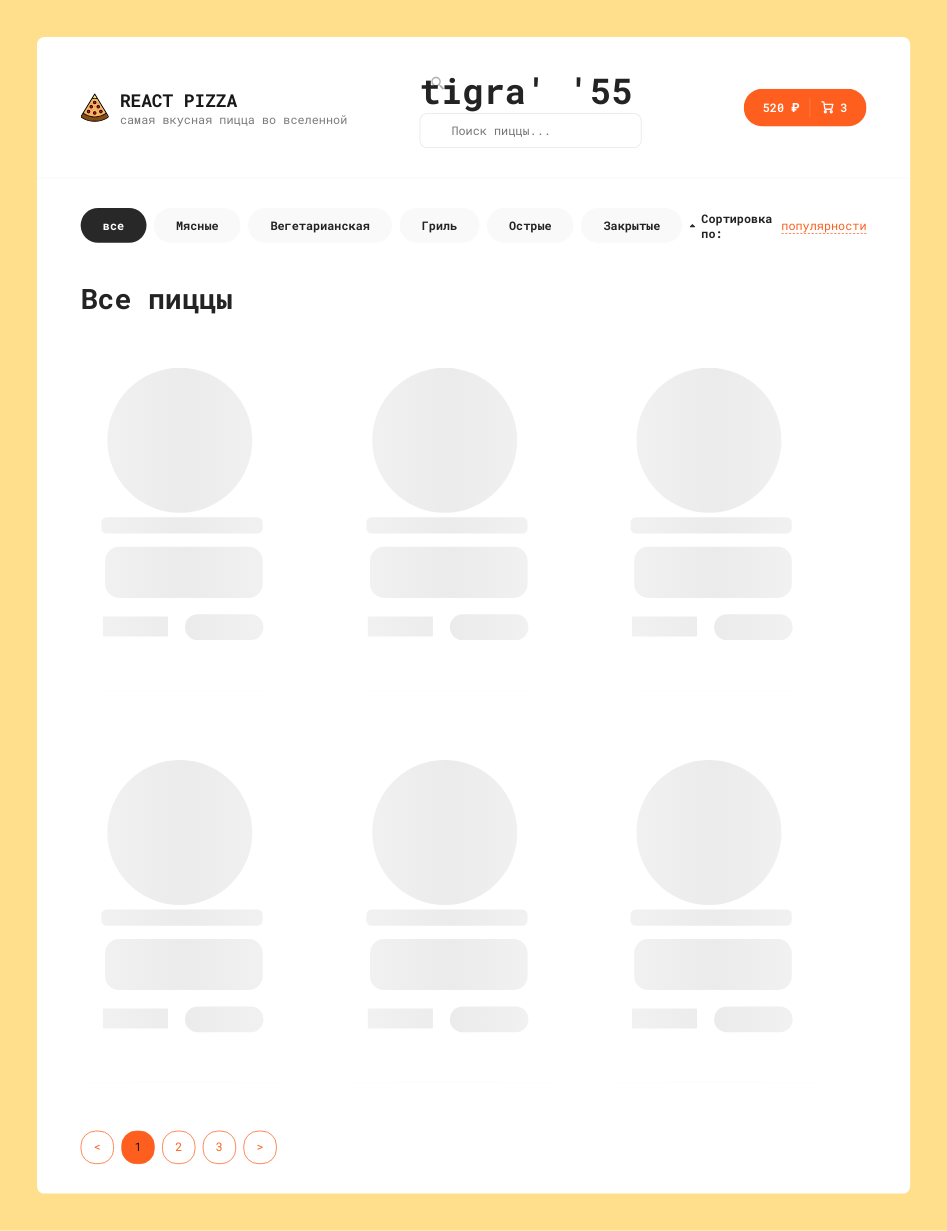
Repository: TI-IT/react-pizza2
Page: /
An editor plug-in stored every save of this project. The page is shown before and after the next save, followed by the edit.
The browser window is 1280 px wide. The pictures show the whole page, at 74% of full size.
The page's requests for data from a server got no answer. The project was rebuilt for these pictures with package versions that can differ from the ones it lists, and the page was loaded fresh each time. No one was signed in, and anything a server would have sent is missing. Also part of the build but not shown: src/components/PizzaBlock.jsx, src/pages/Cart.jsx, src/components/NotFoundBlock/NotFounBlock.module.scss, src/components/NotFoundBlock/index.jsx, src/pages/NotFound.tsx.

Above is the page before, as saved 2022-10-16 09:31:38.

### public/index.html
<!DOCTYPE html>
<html lang="en">
  <head>
    <meta charset="utf-8" />
    <link rel="icon" href="%PUBLIC_URL%/favicon.ico" />
    <link rel="preconnect" href="https://fonts.googleapis.com" />
    <link rel="preconnect" href="https://fonts.gstatic.com" crossorigin />
    <link
      href="https://fonts.googleapis.com/css2?family=Roboto+Mono:wght@300;400;500;600;700&display=swap"
      rel="stylesheet"
    />
    <meta name="viewport" content="width=device-width, initial-scale=1" />
    <meta name="theme-color" content="#000000" />
    <meta
      name="description"
      content="Web site created using create-react-app"
    />
    <link rel="apple-touch-icon" href="%PUBLIC_URL%/logo192.png" />
    <!--
      manifest.json provides metadata used when your web app is installed on a
      user's mobile device or desktop. See https://developers.google.com/web/fundamentals/web-app-manifest/
    -->
    <link rel="manifest" href="%PUBLIC_URL%/manifest.json" />
    <!--
      Notice the use of %PUBLIC_URL% in the tags above.
      It will be replaced with the URL of the `public` folder during the build.
      Only files inside the `public` folder can be referenced from the HTML.

      Unlike "/favicon.ico" or "favicon.ico", "%PUBLIC_URL%/favicon.ico" will
      work correctly both with client-side routing and a non-root public URL.
      Learn how to configure a non-root public URL by running `npm run build`.
    -->
    <title>React App</title>
  </head>
  <body>
    <noscript>You need to enable JavaScript to run this app.</noscript>
    <div id="root"></div>
    <!--
      This HTML file is a template.
      If you open it directly in the browser, you will see an empty page.

      You can add webfonts, meta tags, or analytics to this file.
      The build step will place the bundled scripts into the <body> tag.

      To begin the development, run `npm start` or `yarn start`.
      To create a production bundle, use `npm run build` or `yarn build`.
    -->
  </body>
</html>

### src/components/Header.jsx
import { Link } from 'react-router-dom'
import logoSVG from '../assets/img/pizza-logo.svg'
import Search from './Search'

function Header() {
  return (
    <div className="header">
      <div className="container">
        <Link to="/">
          <div className="header__logo">
            <img width="38" src={logoSVG} alt="Pizza logo" />
            <div>
              <h1>React Pizza</h1>
              <p>самая вкусная пицца во вселенной</p>
            </div>
          </div>
        </Link>
        <Search />

        <div className="header__cart">
          <Link to="/cart" className="button button--cart">
            <span>520 ₽</span>
            <div className="button__delimiter"></div>
            <svg
              width="18"
              height="18"
              viewBox="0 0 18 18"
              fill="none"
              xmlns="http://www.w3.org/2000/svg">
              <path
                d="M6.33333 16.3333C7.06971 16.3333 7.66667 15.7364 7.66667 15C7.66667 14.2636 7.06971 13.6667 6.33333 13.6667C5.59695 13.6667 5 14.2636 5 15C5 15.7364 5.59695 16.3333 6.33333 16.3333Z"
                stroke="white"
                strokeWidth="1.8"
                strokeLinecap="round"
                strokeLinejoin="round"
              />
              <path
                d="M14.3333 16.3333C15.0697 16.3333 15.6667 15.7364 15.6667 15C15.6667 14.2636 15.0697 13.6667 14.3333 13.6667C13.597 13.6667 13 14.2636 13 15C13 15.7364 13.597 16.3333 14.3333 16.3333Z"
                stroke="white"
                strokeWidth="1.8"
                strokeLinecap="round"
                strokeLinejoin="round"
              />
              <path
                d="M4.78002 4.99999H16.3334L15.2134 10.5933C15.1524 10.9003 14.9854 11.176 14.7417 11.3722C14.4979 11.5684 14.1929 11.6727 13.88 11.6667H6.83335C6.50781 11.6694 6.1925 11.553 5.94689 11.3393C5.70128 11.1256 5.54233 10.8295 5.50002 10.5067L4.48669 2.82666C4.44466 2.50615 4.28764 2.21182 4.04482 1.99844C3.80201 1.78505 3.48994 1.66715 3.16669 1.66666H1.66669"
                stroke="white"
                strokeWidth="1.8"
                strokeLinecap="round"
                strokeLinejoin="round"
              />
            </svg>
            <span>3</span>
          </Link>
        </div>
      </div>
    </div>
  )
}

export default Header

### src/pages/Home.jsx
import React from 'react'

import Categories from '../components/Categories'
import Sort from '../components/Sort'
import PizzaBlock from '../components/PizzaBlock'
import Skeleton from '../components/PizzaBlock/Skeleton'
import Pagination from '../components/Pagination'
import { SearchContext } from '../App'

const Home = () => {
  const { searchValue } = React.useContext(SearchContext)
  const [items, setItems] = React.useState([])
  const [isLoading, setIsLoading] = React.useState(true)
  const [categoryId, setCategoryId] = React.useState(0)
  const [currentPage, setCurrentPage] = React.useState(1)
  const [sortType, setSortType] = React.useState({
    name: 'популярности',
    sortProperty: 'rating'
  })

  //Загрузка один раз
  React.useEffect(() => {
    setIsLoading(true)
    const order = sortType.sortProperty.includes('-') ? 'asc' : 'desc'
    const sortBy = sortType.sortProperty.replace('-', '')
    const category = categoryId > 0 ? `category=${categoryId}` : ''
    const search = searchValue ? `&search=${searchValue}` : ''

    fetch(
      `https://63427733ba4478d4783c44ef.mockapi.io/items?page=${currentPage}&limit=4&${category}&sortBy=${sortBy}&order=${order}${search}`
    )
      .then(res => {
        return res.json()
      })
      .then(arr => {
        setItems(arr)
        setIsLoading(false)
      })
    window.scrollTo(0, 0) // при первой загрузке скролит вверх
  }, [categoryId, sortType, searchValue, currentPage])

  const pizzas = items.map(obj => <PizzaBlock key={obj.id} {...obj} />)

  const sceletons = [...new Array(6)].map((_, index) => <Skeleton key={index} />)

  return (
    <div className="container">
      <div className="content__top">
        <Categories value={categoryId} onChangeCategory={id => setCategoryId(id)} />
        <Sort value={sortType} onChangeSort={id => setSortType(id)} />
      </div>
      <h2 className="content__title">Все пиццы</h2>
      <div className="content__items">{isLoading ? sceletons : pizzas}</div>
      <Pagination onChangePage={number => setCurrentPage(number)} />
    </div>
  )
}

export default Home

### src/components/Search/index.jsx
import React from 'react'
import styles from './Search.module.scss'
import { SearchContext } from '../../App'

const Search = () => {
  const { searchValue, setSearchValue, tt } = React.useContext(SearchContext)
  return (
    <div className={styles.root}>
      <h1>
        {tt.name}' '{tt.id}
      </h1>
      <svg
        className={styles.icon}
        height="24"
        viewBox="0 0 24 24"
        width="24"
        xmlns="http://www.w3.org/2000/svg">
        <path d="M19.023 16.977a35.13 35.13 0 0 1-1.367-1.384c-.372-.378-.596-.653-.596-.653l-2.8-1.337A6.962 6.962 0 0 0 16 9c0-3.859-3.14-7-7-7S2 5.141 2 9s3.14 7 7 7c1.763 0 3.37-.66 4.603-1.739l1.337 2.8s.275.224.653.596c.387.363.896.854 1.384 1.367l1.358 1.392.604.646 2.121-2.121-.646-.604c-.379-.372-.885-.866-1.391-1.36zM9 14c-2.757 0-5-2.243-5-5s2.243-5 5-5 5 2.243 5 5-2.243 5-5 5z" />
      </svg>
      <input
        value={searchValue}
        onChange={event => setSearchValue(event.target.value)}
        className={styles.input}
        placeholder="Поиск пиццы..."
      />
      {searchValue && (
        <svg
          onClick={() => setSearchValue('')}
          className={styles.clearIcon}
          height="48"
          viewBox="0 0 48 48"
          width="48"
          xmlns="http://www.w3.org/2000/svg">
          <path d="M38 12.83L35.17 10 24 21.17 12.83 10 10 12.83 21.17 24 10 35.17 12.83 38 24 26.83 35.17 38 38 35.17 26.83 24z" />
          <path d="M0 0h48v48H0z" fill="none" />
        </svg>
      )}
    </div>
  )
}
export default Search

### src/components/Categories.jsx
import React from 'react'

function Categories({ value, onChangeCategory }) {
  const categories = ['все', 'Мясные', 'Вегетарианская', 'Гриль', 'Острые', 'Закрытые']

  return (
    <div className="categories">
      <ul>
        {categories.map((categoryName, i) => (
          <li key={i} onClick={() => onChangeCategory(i)} className={value === i ? 'active' : ''}>
            {categoryName}
          </li>
        ))}
      </ul>
    </div>
  )
}
export default Categories

### src/components/Sort.jsx
import React from 'react'

function Sort({ value, onChangeSort }) {
  const [open, setOpen] = React.useState(false)
  const list = [
    { name: 'популярности(DESC)', sortProperty: 'rating' },
    { name: 'популярности(ASC)', sortProperty: '-rating' },
    { name: 'цене(DESC)', sortProperty: 'price' },
    { name: 'цене(ASC)', sortProperty: '-price' },
    { name: 'алфавиту(DESC)', sortProperty: 'title' },
    { name: 'алфавиту(ASC)', sortProperty: '-title' }
  ]

  const onClickListItem = i => {
    onChangeSort(i)
    setOpen(false)
  }
  return (
    <div className="sort">
      <div className="sort__label">
        <svg
          width="10"
          height="6"
          viewBox="0 0 10 6"
          fill="none"
          xmlns="http://www.w3.org/2000/svg">
          <path
            d="M10 5C10 5.16927 9.93815 5.31576 9.81445 5.43945C9.69075 5.56315 9.54427 5.625 9.375 5.625H0.625C0.455729 5.625 0.309245 5.56315 0.185547 5.43945C0.061849 5.31576 0 5.16927 0 5C0 4.83073 0.061849 4.68424 0.185547 4.56055L4.56055 0.185547C4.68424 0.061849 4.83073 0 5 0C5.16927 0 5.31576 0.061849 5.43945 0.185547L9.81445 4.56055C9.93815 4.68424 10 4.83073 10 5Z"
            fill="#2C2C2C"
          />
        </svg>
        <b>Сортировка по:</b>
        <span onClick={() => setOpen(!open)}>{value.name}</span>
      </div>
      {open && (
        <div className="sort__popup">
          <ul>
            {list.map((obj, i) => (
              <li
                key={i}
                onClick={() => onClickListItem(obj)}
                className={value.sortProperty === obj.sortProperty ? 'active' : ''}>
                {obj.name}
              </li>
            ))}
          </ul>
        </div>
      )}
    </div>
  )
}

export default Sort

### src/components/PizzaBlock/Skeleton.jsx
import React from 'react'
import ContentLoader from 'react-content-loader'

const Skeleton = props => (
  <ContentLoader
    className="pizza-block"
    speed={2}
    width={280}
    height={465}
    viewBox="0 0 280 465"
    backgroundColor="#f3f3f3"
    foregroundColor="#ecebeb">
    <circle cx="134" cy="127" r="98" />
    <rect x="0" y="465" rx="5" ry="5" width="280" height="32" />
    <rect x="28" y="231" rx="7" ry="7" width="218" height="22" />
    <rect x="33" y="271" rx="19" ry="19" width="213" height="69" />
    <rect x="30" y="365" rx="1" ry="1" width="88" height="27" />
    <rect x="141" y="362" rx="17" ry="17" width="106" height="35" />
  </ContentLoader>
)

export default Skeleton

### src/components/Pagination/index.jsx
import React from 'react'
import ReactPaginate from 'react-paginate'
import styles from './Pagination.module.scss'

const Pagination = ({ onChangePage }) => {
  return (
    <div>
      <ReactPaginate
        className={styles.root}
        breakLabel="..."
        nextLabel=">"
        previousLabel="<"
        onPageChange={e => onChangePage(e.selected + 1)}
        pageRangeDisplayed={4}
        pageCount={3}
        renderOnZeroPageCount={null}
      />
    </div>
  )
}

export default Pagination

### src/scss/libs/_normalize.scss
* {
  padding: 0;
  margin: 0;
  list-style: none;
  outline: none;
  font-family: 'Roboto Mono', Roboto, system-ui, Tahoma, sans-serif;
  box-sizing: border-box;
}

html {
  -ms-text-size-adjust: 100%;
  -webkit-text-size-adjust: 100%;
}

body {
  -moz-osx-font-smoothing: grayscale;
  -webkit-font-smoothing: antialiased;
  color: $black;
}

a,
span,
p,
b,
h1,
h2,
h3,
h4,
h5 {
  color: $black;
}

h1 {
  font-size: 48px;
}

h2 {
  font-weight: 600;
  font-size: 28px;
  line-height: 30px;
}

a {
  text-decoration: none;
}

@mixin noselect {
  -webkit-touch-callout: none; /* iOS Safari */
  -webkit-user-select: none; /* Safari */
  -khtml-user-select: none; /* Konqueror HTML */
  -moz-user-select: none; /* Old versions of Firefox */
  -ms-user-select: none; /* Internet Explorer/Edge */
  user-select: none; /* Non-prefixed version, currently
                                  supported by Chrome, Opera and Firefox */
}

### src/scss/components/_header.scss
@import '../variables.scss';

.header {
  border-bottom: 1px solid $gray-line;
  padding: 40px 0;

  .container {
    display: flex;
    align-items: center;
    justify-content: space-between;

    @media (max-width: 645px) {
      flex-direction: column;
      .header__cart {
        margin-top: 20px;
      }
    }
  }

  &__logo {
    display: flex;

    img {
      margin-right: 15px;
    }

    h1 {
      color: #181818;
      font-size: 24px;
      letter-spacing: 1%;
      text-transform: uppercase;
      font-weight: 800;
    }

    p {
      color: #7b7b7b;
    }
  }
}

### src/scss/components/_button.scss
@import '../variables.scss';

.button {
  display: inline-block;
  background-color: $orange;
  border-radius: 30px;
  padding: 10px 20px;
  min-width: 100px;
  text-align: center;
  cursor: pointer;
  transition: background-color $duration ease-in-out, border-color $duration ease-in-out;
  border: 1px solid transparent;
  @include noselect();

  &,
  span {
    color: #fff;
  }

  i,
  span,
  path,
  svg {
    transition: all $duration ease-in-out;
  }

  &:hover {
    background-color: darken($orange, 8%);
  }

  &:active {
    background-color: darken($orange, 12%);
    transform: translateY(1px);
  }

  &--circle {
    display: flex;
    align-items: center;
    justify-content: center;
    width: 32px;
    height: 32px;
    min-width: 32px;
    padding: 0;
    border-width: 2px;
  }

  &--black {
    background-color: $black;

    &:hover,
    &:active {
      background-color: lighten($color: $black, $amount: 10);
    }
  }

  &--outline {
    background-color: #fff;
    border-color: $orange;
    &,
    span {
      color: $orange;
    }

    svg {
      path {
        fill: $orange;
      }
    }

    &:hover {
      background-color: $orange;

      &,
      span {
        color: #fff;
      }

      svg {
        path {
          fill: #fff;
        }
      }
    }

    &:active {
      background-color: darken($orange, 8%);
    }
  }

  &__delimiter {
    width: 1px;
    height: 25px;
    background-color: rgba(255, 255, 255, 0.25);
    margin-left: 14px;
    margin-right: 14px;
  }

  &--add {
    svg {
      margin-right: 2px;
    }

    span {
      font-weight: 600;
      font-size: 16px;
    }

    &:hover {
      i {
        background-color: #fff;
        color: $orange;
      }
    }

    i {
      display: inline-block;
      border-radius: 30px;
      background-color: $orange;
      color: #fff;
      font-weight: 600;
      width: 22px;
      height: 22px;
      font-style: normal;
      font-size: 13px;
      line-height: 22px;
      position: relative;
      top: -1px;
      left: 3px;
    }
  }

  &--cart {
    display: flex;
    align-items: center;
    line-height: 23px;
    padding: 12px 25px;

    svg {
      margin-right: 8px;
      margin-bottom: 1px;
    }

    span {
      font-weight: 600;
      font-size: 16px;
    }
  }
}

### src/scss/components/_sort.scss
@import '../variables.scss';

.sort {
  position: relative;
  &__label {
    display: flex;
    align-items: center;

    svg {
      margin-right: 8px;
    }

    b {
      margin-right: 8px;
    }

    span {
      color: $orange;
      border-bottom: 1px dashed $orange;
      cursor: pointer;
    }
  }

  &__popup {
    position: absolute;
    right: 0;
    margin-top: 15px;
    background: #ffffff;
    box-shadow: 0px 5px 15px rgba(0, 0, 0, 0.09);
    border-radius: 10px;
    overflow: hidden;
    padding: 10px 0;

    ul {
      overflow: hidden;
      li {
        padding: 12px 20px;
        cursor: pointer;

        &.active,
        &:hover {
          background: rgba(254, 95, 30, 0.05);
        }

        &.active {
          font-weight: bold;
          color: $orange;
        }
      }
    }
  }
}

### src/scss/components/_pizza-block.scss
@import '../variables.scss';

.pizza-block {
  width: 280px;
  text-align: center;
  margin-bottom: 65px;

  &-wrapper {
    display: flex;
    justify-content: center;
  }

  &__image {
    width: 260px;
  }

  &__title {
    font-size: 20px;
    font-weight: 900;
    letter-spacing: 1%;
    margin-bottom: 20px;
  }

  &__selector {
    display: flex;
    background-color: #f3f3f3;
    border-radius: 10px;
    flex-direction: column;
    padding: 6px;

    ul {
      display: flex;
      flex: 1;

      &:first-of-type {
        margin-bottom: 6px;
      }

      li {
        padding: 8px;
        flex: 1;
        cursor: pointer;
        font-weight: 600;
        font-size: 14px;
        @include noselect();
        &.active {
          background: #ffffff;
          box-shadow: 0px 2px 4px rgba(0, 0, 0, 0.04);
          border-radius: 5px;
          cursor: auto;
        }
      }
    }
  }

  &__bottom {
    display: flex;
    align-items: center;
    justify-content: space-between;
    margin-top: 20px;
  }

  &__price {
    font-weight: bold;
    font-size: 22px;
    line-height: 27px;
    letter-spacing: 0.015em;
  }
}

### src/components/Search/Search.module.scss
.root {
  position: relative;
  left: -20px;
}

.input {
  border: 1px solid rgba(0, 0, 0, 0.1);
  padding: 12px 20px;
  padding-left: 42px;
  width: 300px;
  border-radius: 10px;
  font-size: 16px;

  &:focus {
    border: 1.5px solid rgba(151, 81, 16, 0.4);
  }
}
.icon {
  width: 22px;
  height: 22px;
  opacity: 0.3;
  position: absolute;
  left: 14px;
  top: 12px;
}
.clearIcon {
  width: 18px;
  height: 18px;
  opacity: 0.3;
  position: absolute;
  right: 15px;
  top: 15px;
  cursor: pointer;

  &:hover {
    opacity: 0.8;
  }
}

### src/components/Pagination/Pagination.module.scss
.root {
  li {
    display: inline-block;
  }

  a {
    text-align: center;
    width: 45px;
    line-height: 42px;
    height: 45px;
    border: 1px solid #fe5f1e;
    border-radius: 20px;
    margin-right: 10px;
    cursor: pointer;
    display: inline-block;
    color: #fe5f1e;
    &:hover {
      background-color: gold;
      a {
        color: rgb(255, 255, 255);
      }
    }
  }
  :global {
    .selected {
      a {
        background-color: #fe5f1e;
        color: rgb(22, 24, 24);
      }
    }
  }
}

Loaded but not shown: src/scss/_variables.scss (common file); src/scss/components/_all.scss (common file); src/scss/components/_categories.scss (common file); src/App.js (34 lines, source omitted); src/index.js (11 lines, source omitted); src/scss/app.scss (369 lines, source omitted)

After the next save:
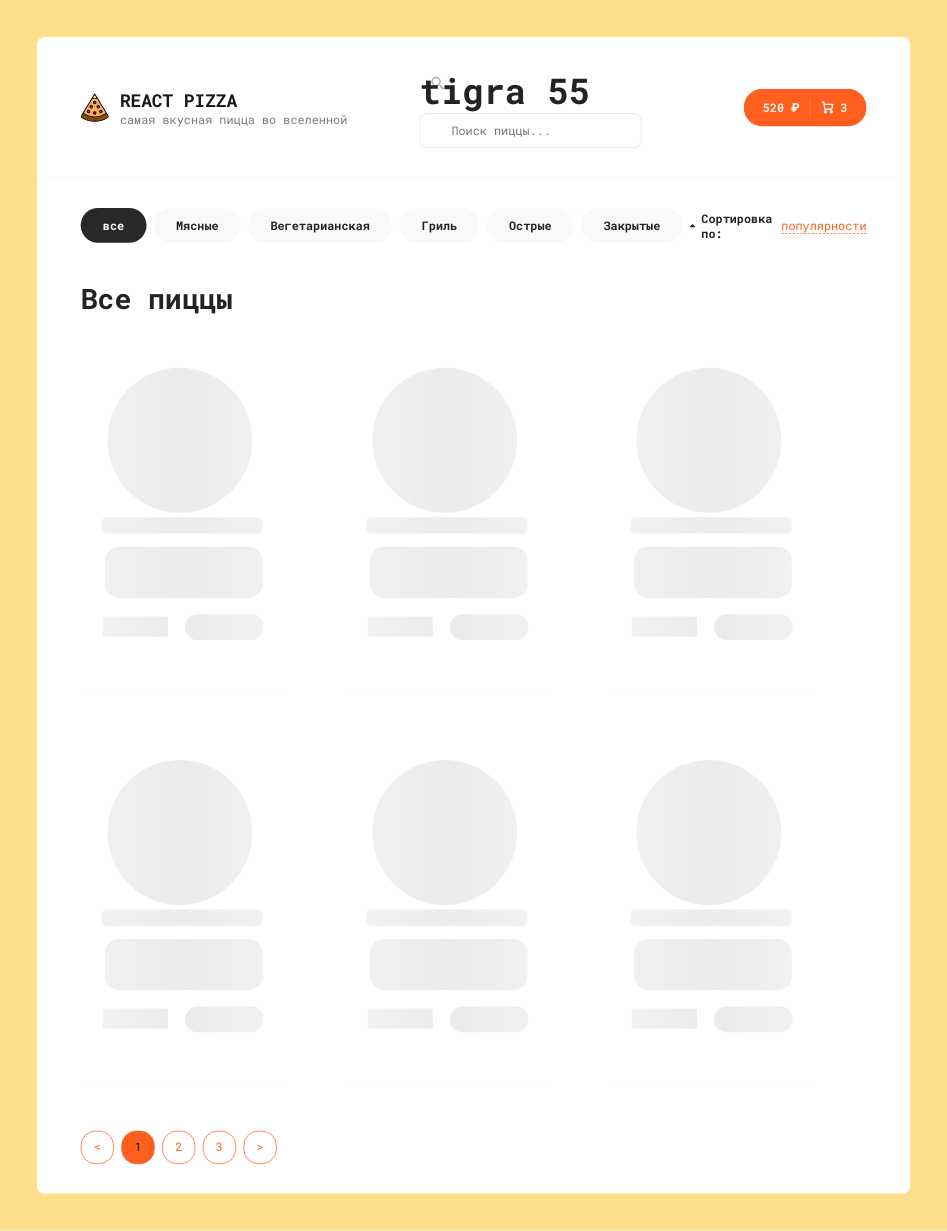
Saved 6 s later.
--- a/src/components/Search/index.jsx
+++ b/src/components/Search/index.jsx
@@ -7,7 +7,7 @@ const Search = () => {
   return (
     <div className={styles.root}>
       <h1>
-        {tt.name}' '{tt.id}
+        {tt.name} {tt.id}
       </h1>
       <svg
         className={styles.icon}
